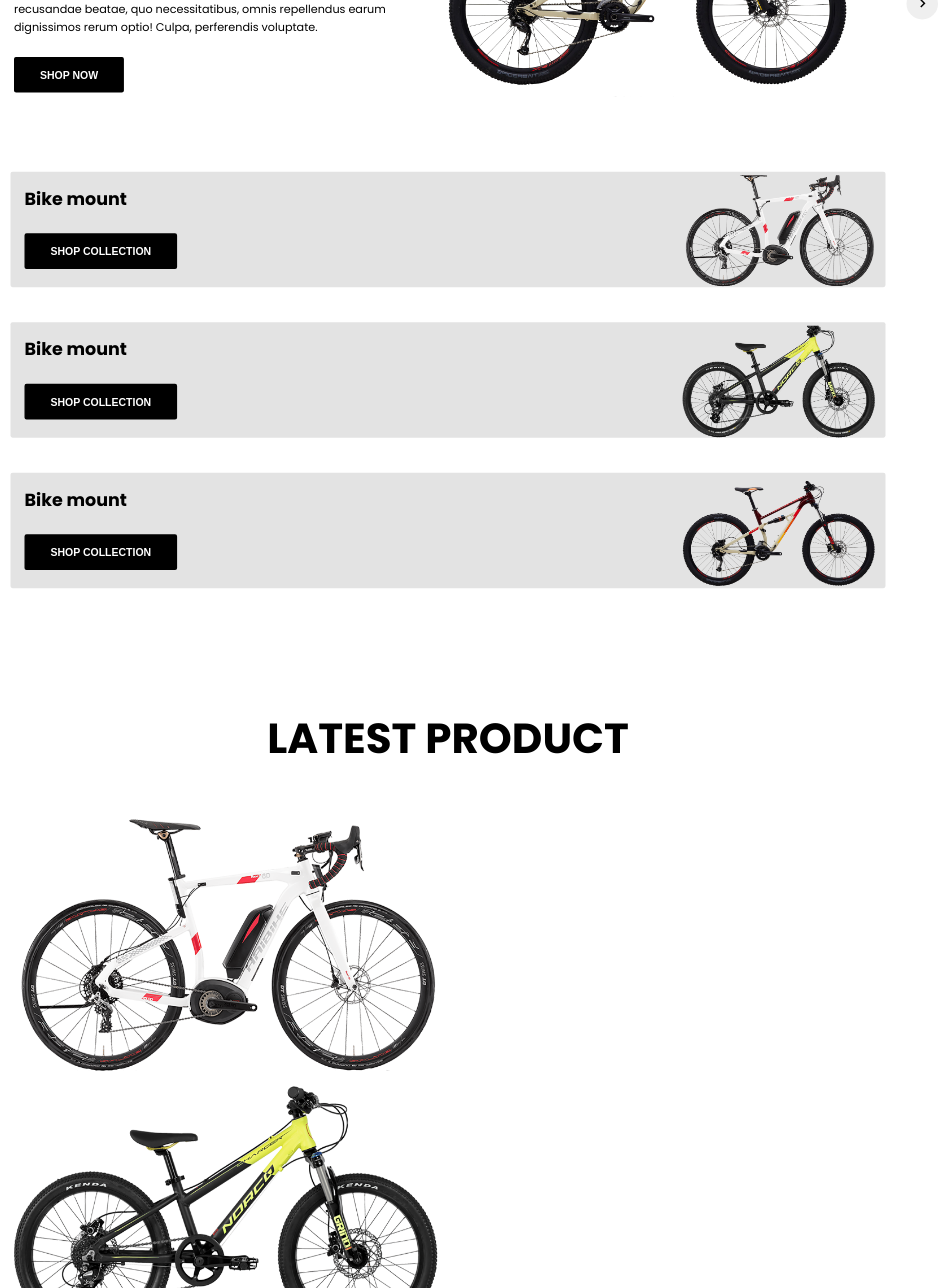
Repository: Datt21/DacMaxx
Page: index.html
The author's editor kept a copy of each file at every save. The page is drawn from the files as they stood at one save, then again after the next save.
The browser window is 1280 px wide. The page is 1340 px wide, so the pictures cover 1340 px, including what lies to the right of the window. The pictures show the part of the page from y = 386 to 2226 px (the page is 2718 px tall before and 2763 px after), at 70% of full size.

Above is the page before, as saved 2021-07-07 14:24:57.

After the next save:
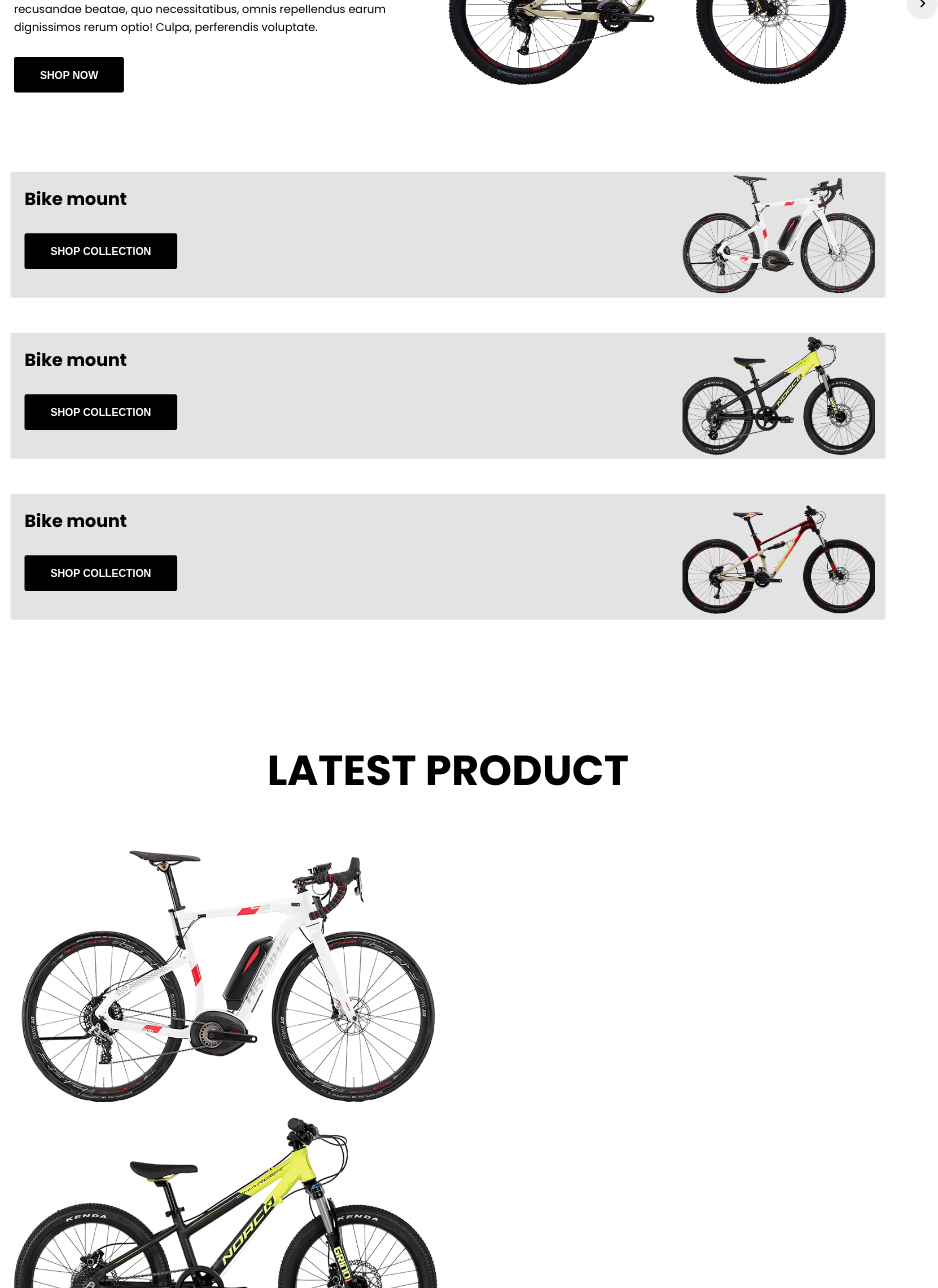
Saved 52 s later.
--- a/css/app.css
+++ b/css/app.css
@@ -446,7 +446,7 @@ ul.devided > li:last-child{
     display: flex;
     background-color: var(--third-bg-color);
     position: relative;
-    height: 165px;
+    height: 180px;
     border-radius: 3px;
 }
 
